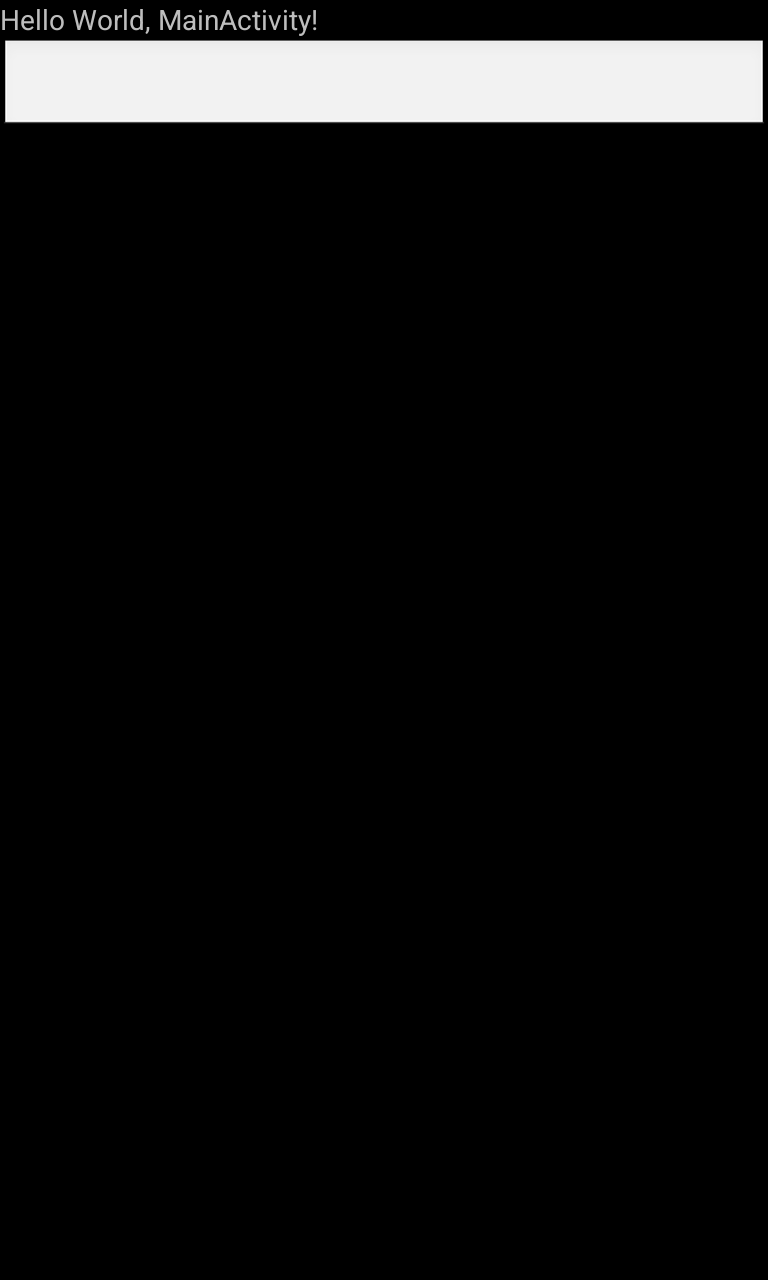
Repository: fangbao/Google_Android
Layout: Android_space/3.EditText/res/layout/main.xml
The author's editor kept a copy of each file at every save. The layout is drawn from the files as they stood at one save, then again after the next save.
It is drawn on a 768 x 1280 px phone screen (xhdpi) without system bars, with theme android:Theme; the app's code is not run.

Above is the layout before, as saved 2011-12-23 23:54:47.

After the next save:
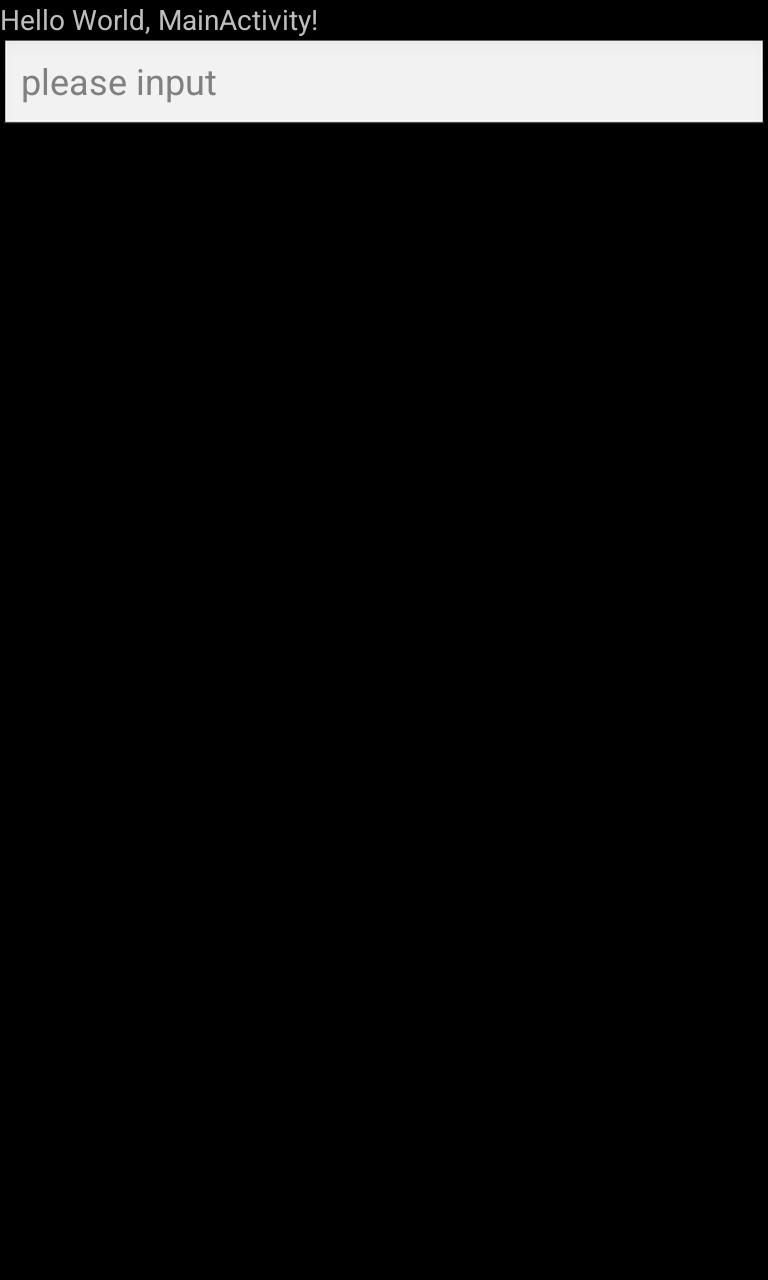
Saved 2 min 33 s later.
--- a/Android_space/3.EditText/res/layout/main.xml
+++ b/Android_space/3.EditText/res/layout/main.xml
@@ -14,6 +14,7 @@
         android:maxLength="3"
         android:singleLine="true"
         android:inputType="number"
+        android:hint="please input"
         />
 
 </LinearLayout>
